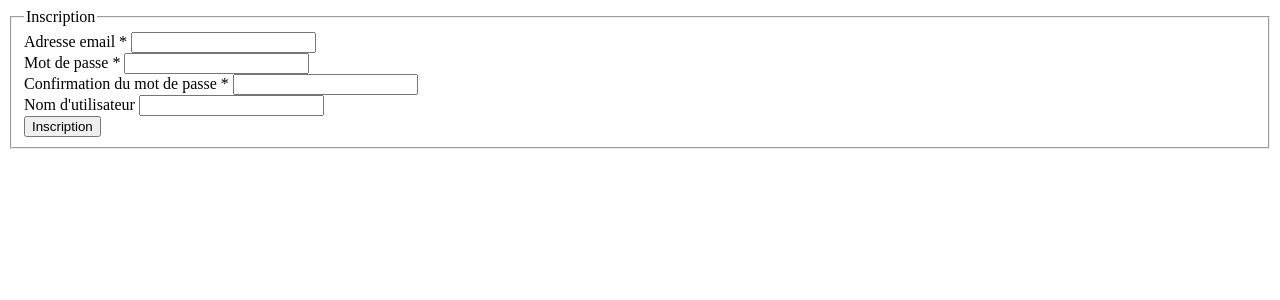
Repository: Tanox2450/ProjetFinalFrontWeb
Page: http://localhost/BoVoyageFrontOffice/fragments/formulaire.jsp
These files come from the project's save history. The page is drawn as it stood at one moment and after the next save; the edit follows.
The browser window is 1280 px wide. The pictures show the whole page.
The page is served by Tomcat 9.

Above is the page before, as saved 2015-08-24 12:11:06.

After the next save:
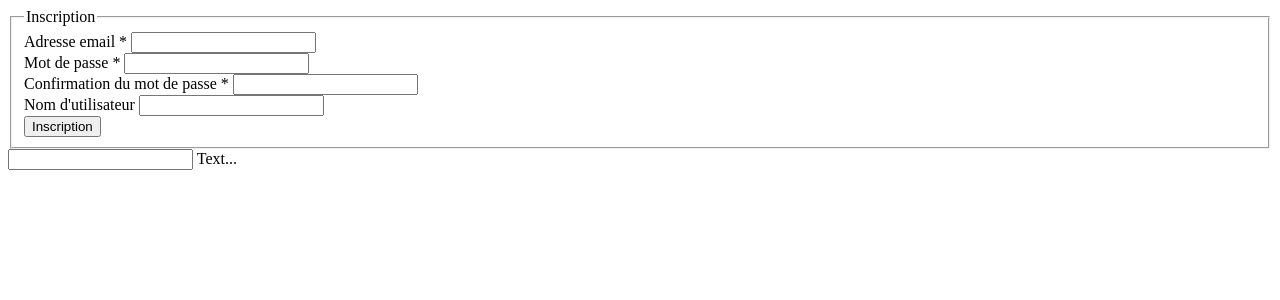
Saved 4 min 12 s later.
--- a/BoVoyageFrontOffice/WebContent/fragments/formulaire.jsp
+++ b/BoVoyageFrontOffice/WebContent/fragments/formulaire.jsp
@@ -24,5 +24,12 @@
 				value="Inscription" class="sansLabel" /> <br />
 		</fieldset>
 	</form>
+
+	<form action="#">
+  <div class="mdl-textfield mdl-js-textfield">
+    <input class="mdl-textfield__input" type="text" id="sample1" />
+    <label class="mdl-textfield__label" for="sample1">Text...</label>
+  </div>
+</form>
 </body>
 </html>
